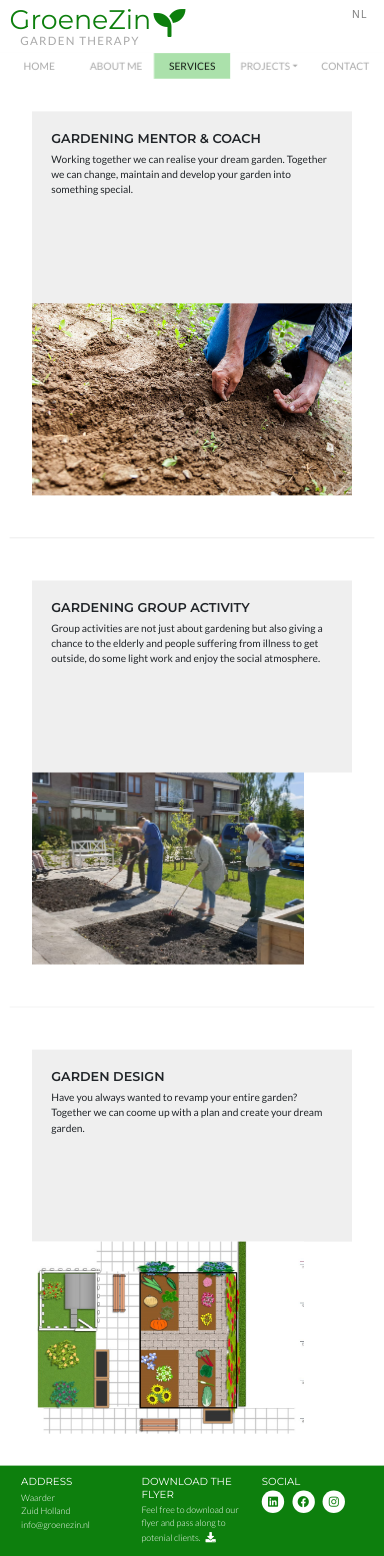
Repository: Sparkplug84/MilestoneProject1
Page: services.html
The author's editor kept a record of every edit. The page is drawn from the files as they stood at one moment, then again after the next edit.
The browser window is 600 px wide. The pictures show the whole page, at 64% of full size.
Some web libraries are served in a nearby version.

Above is the page before.
Console error: TypeError: Cannot read properties of undefined (reading 'fn')

### services.html
<!DOCTYPE html>
<html lang="en">

<head>
    <meta charset="UTF-8">
    <meta name="viewport" content="width=device-width, initial-scale=1.0">
    <meta http-equiv="X-UA-Compatible" content="ie=edge">
    <title>Groenezin | Gardening Coach, Mentor and Designer</title>
    <link rel="stylesheet" href="https://stackpath.bootstrapcdn.com/bootstrap/4.3.1/css/bootstrap.min.css" integrity="sha384-ggOyR0iXCbMQv3Xipma34MD+dH/1fQ784/j6cY/iJTQUOhcWr7x9JvoRxT2MZw1T" crossorigin="anonymous">
    <link rel="stylesheet" href="//use.fontawesome.com/releases/v5.10.2/css/all.css">
    <link rel="stylesheet" href="https://cdnjs.cloudflare.com/ajax/libs/hover.css/2.3.1/css/hover-min.css" type="text/css">
    <script src="https://stackpath.bootstrapcdn.com/bootstrap/4.3.1/js/bootstrap.min.js" integrity="sha384-JjSmVgyd0p3pXB1rRibZUAYoIIy6OrQ6VrjIEaFf/nJGzIxFDsf4x0xIM+B07jRM" crossorigin="anonymous"></script>
    <link rel="stylesheet" href="style.css" type="text/css" />
</head>

<body>
    <div class="container-fluid brand-heading">
        <div class="brand-container">
            <a href="index.html" class="brand">
                <div class="brand-wrapper">
                    <div class="brand-header">GroeneZin</div>
                    <div class="brand-sub uppercase">Garden Therapy</div>
                    <div class="brand-logo"><i class="fas fa-seedling" aria-hidden="true"></i></div>
                </div>
            </a>
        </div>

        <div class="language-toggle"><a class="language-link" href="NL_index.html">NL</a></div>
    </div>

    <nav class="navbar navbar-light bg-light navbar-expand-sm">

        <button class="navbar-toggler ml-auto" type="button" data-toggle="collapse" data-target="#navbarDropdown" aria-controls="navbarDropdown" aria-expanded="false" aria-label="Toggle navigation">
        <span class="navbar-toggler-icon"></span></button>

        <div class="collapse navbar-collapse" id="navbarDropdown">
            <ul class="navbar-nav mr-auto">
                <li class="nav-item"><a class="nav-link hvr-fade uppercase" href="index.html">Home</a></li>
                <li class="nav-item"><a class="nav-link hvr-fade uppercase" href="aboutme.html">About Me</a></li>
                <li class="active nav-item"><a class="nav-link hvr-fade uppercase" href="services.html">Services</a></li>
                <li class="nav-item dropdown">
                    <a class="nav-link hvr-fade dropdown-toggle uppercase" href="#" id="navbarDropdownMenuLink" role="button" data-toggle="dropdown" aria-haspopup="true" aria-expanded="false">Projects</a>
                    <div class="dropdown-menu" aria-labelledby="navbarDropdownMenuLink">
                        <a class="dropdown-item uppercase" href="project1.html">Project 1</a>
                        <a class="dropdown-item uppercase" href="project2.html">Project 2</a>
                        <a class="dropdown-item uppercase" href="project3.html">Project 3</a>
                    </div>
                </li>

                <li class="nav-item"><a class="nav-link hvr-fade uppercase" href="contact.html">Contact</a></li>
            </ul>
        </div>
    </nav>



    <div class="container-fluid services-container">

        <div class="row">
            <div class="col-md-5 services-section">
                <div class="services-sub">
                    <h5 class="services-heading uppercase">Gardening Mentor & Coach</h5>
                    <p class="services-info">Working together we can realise your dream garden. Together we can change, maintain and develop your garden into something special.
                    </p>
                </div>
            </div>
            <div class="col-md-7 photo-section">
                <div class="photo-service1"></div>
            </div>
        </div>

        <hr>

        <div class="row">
            <div class="col-md-5 services-section">
                <div class="services-sub">
                    <h5 class="services-heading uppercase">Gardening Group Activity</h5>
                    <p class="services-info">Group activities are not just about gardening but also giving a chance to the elderly and people suffering from illness to get outside, do some light work and enjoy the social atmosphere.
                        </p>
                </div>
            </div>
            <div class="col-md-7 photo-section">
                <div class="photo-service2"></div>
            </div>
        </div>

        <hr>

        <div class="row">
            <div class="col-md-5 services-section">
                <div class="services-sub">
                    <h5 class="services-heading uppercase">Garden Design</h5>
                    <p class="services-info">Have you always wanted to revamp your entire garden? Together we can coome up with a plan and create your dream garden.
                        </p>
                </div>
            </div>
            <div class="col-md-7 photo-section">
                <div class="photo-service3"></div>
            </div>
        </div>

    </div>

    <footer class="container-fluid">
        <div class="row footer-padding">
            <div class="col-sm-4 mt-3">
                <h6 class="footer-sub uppercase">Address</h6>
                <p>Waarder</p>
                <p>Zuid Holland</p>
                <p>info@groenezin.nl</p>
            </div>
            <div class="col-sm-4 mt-3">
                <h6 class="footer-sub uppercase">Download the flyer</h6>
                <p class="inline-block">Feel free to download our flyer and pass along to potenial clients.
                    <a href="#" target="_blank" class="flyer-pdf">
                        <i class="fa fa-download" aria-hidden="true"></i>
                        <span class="sr-only">Download link.</span>
                    </a>
                </p>
            </div>
            <div class="col-sm-4 mt-3">
                <h6 class="footer-sub uppercase">Social</h6>
                <ul class="list-inline social-links">
                    <li class="list-inline-item">
                        <a href="#" target="_blank">
                            <i class="fab fa-linkedin" aria-hidden="true"></i>
                            <span class="sr-only">LinkedIn</span>
                        </a>
                    </li>
                    <li class="list-inline-item">
                        <a href="#" target="_blank">
                            <i class="fab fa-facebook" aria-hidden="true"></i>
                            <span class="sr-only">Facebook</span>
                    </li>
                    <li class="list-inline-item">
                        <a href="#" target="_blank">
                            <i class="fab fa-instagram" aria-hidden="true"></i>
                            <span class="sr-only">Instagram</span>
                        </a>
                    </li>
                </ul>
            </div>
        </div>
    </footer>



    <script src="https://code.jquery.com/jquery-3.3.1.slim.min.js" integrity="sha384-q8i/X+965DzO0rT7abK41JStQIAqVgRVzpbzo5smXKp4YfRvH+8abtTE1Pi6jizo" crossorigin="anonymous"></script>
    <script src="https://cdnjs.cloudflare.com/ajax/libs/popper.js/1.14.7/umd/popper.min.js" integrity="sha384-UO2eT0CpHqdSJQ6hJty5KVphtPhzWj9WO1clHTMGa3JDZwrnQq4sF86dIHNDz0W1" crossorigin="anonymous"></script>
    <script src="https://stackpath.bootstrapcdn.com/bootstrap/4.3.1/js/bootstrap.min.js" integrity="sha384-JjSmVgyd0p3pXB1rRibZUAYoIIy6OrQ6VrjIEaFf/nJGzIxFDsf4x0xIM+B07jRM" crossorigin="anonymous"></script>
</body>

</html>

### style.css
@import url('https://fonts.googleapis.com/css?family=Lato:300,400,700|Montserrat:200,300,400,500,600,700,800,900&display=swap');

/* --------------------- General styles -------------------*/

.uppercase {
    text-transform: uppercase;
}

body {
    margin: 0;
    padding: 0;
}

.inline-block {
    display: inline-block;
}

/* --------------------- colours -------------------*/

.language-link {
    color: grey;
}

/* --------------------- Brand and Logo Section -------------------*/

.brand-container {
    width: 300px;
}

a.brand {
    width: 250px;
    height: 100%;
    text-decoration: none;
}

.brand-wrapper {
    width: 220px;
    height: 100%;
}

.brand-header {
    font-family: "Montserrat", sans-serif;
    font-size: 42px;
    height: 50px;
    width: 220px;
    color: #0d7f0d;
}

.brand-heading {
    position: relative;
}

.brand-sub {
    font-family: "Lato", sans-serif;
    display: inline-block;
    font-size: 18px;
    height: 32px;
    width: 220px;
    color: darkgrey;
    letter-spacing: 2px;
    text-align: center;
}

.brand-logo {
    display: inline-block;
    position: absolute;
    top: 0;
    right: inherit;
    font-size: 50px;
    height: 82px;
    width: 60px;
    color: #0d7f0d;
    text-align: center;
}

.language-toggle {
    display: inline;
    position: absolute;
    right: 25px;
    top: 10px;
    letter-spacing: 2px;
}

a.language-link {
    text-decoration: none;
}

a.language-link:hover {
    color: #0d7f0d;
}

/* --------------------- Navbar -------------------*/

.collapse {
    position: relative;
    z-index: 1;
    padding: 0;
    margin: 0;
}

.navbar {
    padding: 0;
}

.navbar-light .navbar-nav .nav-link {
    color: darkgrey;
}

nav ul {
    justify-content: space-around;
    width: 100%;
    border: 1px solid white;
    background-color: white;
}

nav ul li {
    border-left: 1px solid white;
    list-style-type: none;
    width: 100%;
    text-align: center;
}

nav ul li a {
    text-decoration: none;
    font-family: "Lato", sans-serif;
}

.hvr-fade {
    width: 100%;
    padding-right: 0;
    padding-left: 0;
}

.hvr-fade:hover {
    color: white;
    background-color: #abe1ab;
}

.navbar .navbar-toggler {
    border: 0;
}

.active {
    background-color: #abe1ab;
}

/* --------------------- Callout -------------------*/

.callout-container {
    font-family: "Montserrat", sans-serif;
    height: 100vh;
    background: url(https://www.nps.gov/caco/learn/news/images/National-Public-Lands-Day_1.JPG) no-repeat right fixed;
    -webkit-background-size: cover;
    -moz-background-size: cover;
    -o-background-size: cover;
    background-size: cover;
    display: flex;
    align-items: center;
    justify-content: center;
    position: relative;
}

.jumbotron {
    background: rgba(0, 0, 0, 0.5);
    max-width: 750px;
    max-height: 400px;
}

.jumbotron-header,
.jumbotron .sub-header {
    color: white;
}

.block-divider {
    width: 200px;
    height: 2px;
    border: none;
    background-color: #fff;
}

.btn-cta {
    color: #fff;
    background-color: #e84610;
    border-color: #e84610;
    width: 160px;
    border-radius: 0;
    font-family: "Montserrat", sans-serif;
}

.btn {
    font-size: 15px;
    font-weight: 500;
}

/* --------------------- Footer -------------------*/

.footer-sub {
    font-family: "Montserrat", sans-serif;
    font-weight: 400;
    color: white;
    margin-bottom: 4px;
}

footer {
    background-color: #0d7f0d;
    min-height: 100px;
}

footer p {
    font-family: "Lato", sans-serif;
    font-size: 14px;
    font-weight: 200;
    color: white;
    margin: 0;
    padding: 0;
}

.flyer-pdf {
    font-size: 16px;
    color: white;
    padding-left: 5px;
    transition: all 0.5s ease-in-out;
    -moz-transition: all 0.5s ease-in-out;
    -o-transition: all 0.5s ease-in-out;
    -webkit-transition: all 0.5s ease-in-out;
}

.flyer-pdf:hover {
    color: #e84610;
}


.social-links li a i {
    width: 35px;
    height: 35px;
    border-radius: 50%;
    font-size: 18px;
    text-align: center;
    color: #0d7f0d;
    background: white;
    line-height: 8px;
    padding: 13px 0;
    transition: all 0.5s ease-in-out;
    -moz-transition: all 0.5s ease-in-out;
    -o-transition: all 0.5s ease-in-out;
    -webkit-transition: all 0.5s ease-in-out;
}

.social-links li a i:hover {
    background-color: #e84610;
}

.footer-padding {
    padding: 0 18px 18px 18px;
}

/* --------------------- About Me -------------------*/

.profile-container {
    padding: 40px;
    background: #efefef;
}

.profile-name {
    font-family: "Montserrat", sans-serif;
    font-size: 25px;
    font-weight: 400;
    text-align: center;
    padding-bottom: 15px;
}

.profile-photo {
    width: 100%;
    padding-bottom: 100%;
    border: solid 3px darkgrey;
    border-radius: 50%;
    margin: 0 auto;
    background: url("./images/maaike-profile.jpg") center;
    background-repeat: no-repeat;
    background-size: cover;
}

.details-heading {
    font-family: "Montserrat", sans-serif;
    font-size: 25px;
    font-weight: 400;
    padding-bottom: 25px;
}

.details-container {
    padding: 20px 20px 0px 20px;
    background: #efefef;
    margin: 0 auto;
}

.personal-info-item {
    display: block;
    clear: both;
    margin-bottom: 22px;
    font-family: "Lato", sans-serif;
}

.personal-info-item .key,
.personal-info-item .value {
    display: inline-block;
}

.personal-info-item .key p,
.personal-info-item .value p {
    margin: 0;
    padding-left: 30px;
}

.personal-info-item .key {
    width: 30%;
    margin-right: 20px;
}

.personal-info-item .key p {
    font-weight: 700;
}

.personal-info-item .value {
    position: relative;
    width: 60%;
}

.aboutme-container {
    padding: 40px;

}

.aboutme-heading {
    font-family: "Montserrat", sans-serif;
    font-size: 25px;
    font-weight: 400;
    padding-bottom: 25px;
}

.aboutme-subheading {
    font-family: "Montserrat", sans-serif;
    font-size: 16px;
    font-weight: 600;
}

.col-10 {
    padding-bottom: 30px;
}

.col-10 p {
    font-family: "Lato", sans-serif;
}

.aboutme-icon {
    color: #e84610;
    font-size: 18px;
}

/* --------------------- Services -------------------*/

.services-heading {
    font-family: "Montserrat", sans-serif;
    font-weight: 600;
}

.services-info {
    font-family: "Lato", sans-serif;
}

.services-section {
    padding: 50px 0px 50px 100px;
    position: relative;
    right: 0;
    margin: 0 auto;
}

.services-sub {
    min-height: 300px;
    background-color: #efefef;
    padding: 30px;
}

.photo-section {
    padding: 50px 20px 50px 0px;
    margin: 0;
}

.photo-service1 {
    width: 85%;
    min-height: 300px;
    background: url("./images/tuinier-plant-zaadjes-in-zijn-tuin.jpg") no-repeat center;
    background-size: cover;
}

.photo-service2 {
    width: 85%;
    min-height: 300px;
    background: url("./images/group-activity1.jpg") no-repeat center;
    background-size: cover;
}

.photo-service3 {
    width: 85%;
    min-height: 300px;
    background: url("./images/Moestuin Herbergier plan.jpg") no-repeat center;
    background-size: cover;
}

/* --------------------- Media Queries -------------------*/

@media(max-width: 572px) {
    .navbar {
        position: absolute;
        right: 10px;
        top: 40px;
        z-index: 1;
    }
}

@media(max-width: 767px) {
    .services-section {
        padding: 50px 50px 0px 50px;
        position: relative;
        bottom: 0;
        margin: 0 auto;
    }
    .photo-section {
        padding: 0px 50px 50px 50px;
        margin: 0 auto;
    }
    .services-sub {
        min-height: 300px;
    }
    .photo-service1 {
        width: 100%;
    }
}

After the next edit:
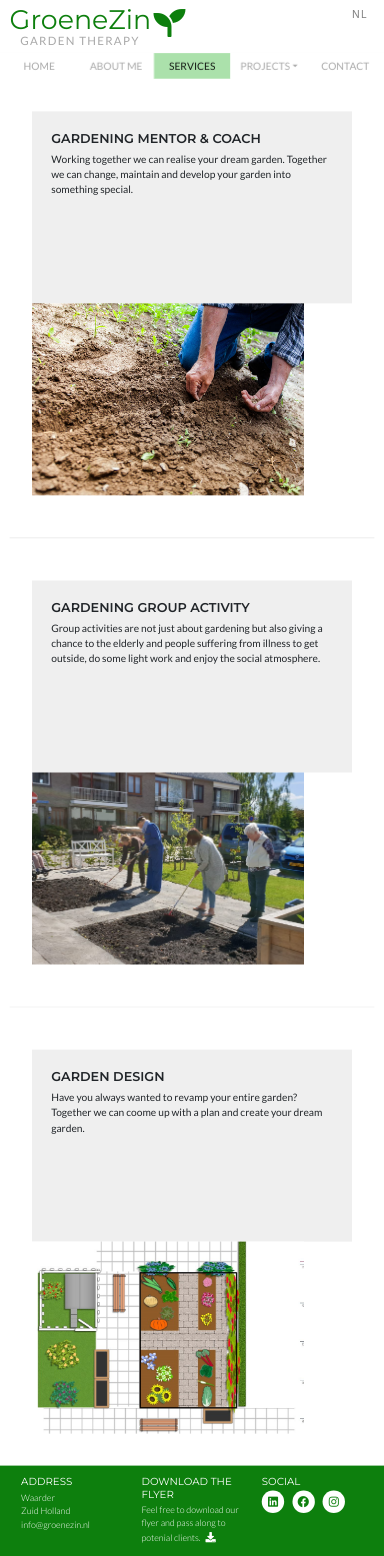
The edit:
--- a/style.css
+++ b/style.css
@@ -431,7 +431,9 @@
     .services-sub {
         min-height: 300px;
     }
-    .photo-service1 {
+    .photo-service1
+    .photo-service2
+    .photo-service3 {
         width: 100%;
     }
 }
